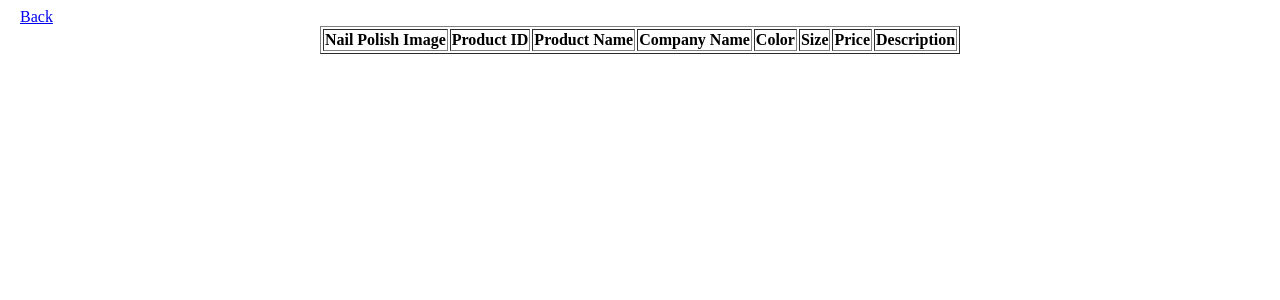
Repository: harshalsakpal/Catalog
Page: http://localhost/Catalog/pages/listNailPolish.jsp
These files come from the project's save history. The page is drawn as it stood at one moment and after the next save; the edit follows.
The browser window is 1280 px wide. The pictures show the whole page.
The page is served by Tomcat 9. Other server files are loaded and not shown.

Above is the page before, as saved 2014-05-21 08:38:00.

### Catalog/WebContent/pages/listNailPolish.jsp
<%@page import="java.util.ArrayList"%>
<%@page import="com.catalog.beans.NailPolishBean"%>
<%@ page language="java" contentType="text/html; charset=ISO-8859-1"
	pageEncoding="ISO-8859-1"%>
<!DOCTYPE html PUBLIC "-//W3C//DTD HTML 4.01 Transitional//EN" "http://www.w3.org/TR/html4/loose.dtd">
<html>
<head>
<meta http-equiv="Content-Type" content="text/html; charset=ISO-8859-1">
<title>List of Nail Polishes</title>
</head>
<body>
	<div>
		&nbsp;&nbsp;&nbsp;<a href="home.jsp">Back</a>
	</div>
	<table border="1" align="center">
		<tr>
			<td align="center"><b>Nail Polish Image</b></td>
			<td align="center"><b>Product ID </b></td>
			<td align="center"><b>Product Name</b></td>
			<td align="center"><b>Company Name</b></td>
			<td align="center"><b>Color</b></td>
			<td align="center"><b>Size</b></td>
			<td align="center"><b>Price</b></td>
			<td align="center"><b>Description</b></td>
		</tr>
		<%
			if (session.getAttribute("nailPolishBean") != null) {
				ArrayList<NailPolishBean> arrayOfNailPolishBean = (ArrayList<NailPolishBean>) session.getAttribute("nailPolishBean");

				for(int i=0;i<arrayOfNailPolishBean.size();i++){
		%>
		<tr>
			<td><img src="<%=arrayOfNailPolishBean.get(i).getProductURL()%>"
				width="100px 100px 100px 100px" height="200px 200px 200px 200px"
				style="border: 0" /></td>
			<td align="center"><%=arrayOfNailPolishBean.get(i).getProdId()%></td>
			<td align="center"><%=arrayOfNailPolishBean.get(i).getProductName()%></td>
			<td align="center"><%=arrayOfNailPolishBean.get(i).getCompanyName()%></td>
			<td align="center"><%=arrayOfNailPolishBean.get(i).getColor()%></td>
			<td align="center"><%=arrayOfNailPolishBean.get(i).getSize()%></td>
			<td align="center"><b><%=arrayOfNailPolishBean.get(i).getPrice()%></b></td>
			<td align="center"><%=arrayOfNailPolishBean.get(i).getDescription()%></td>
		</tr>

		<%
			}

				}
		%>
	</table>
</body>
</html>

After the next save:
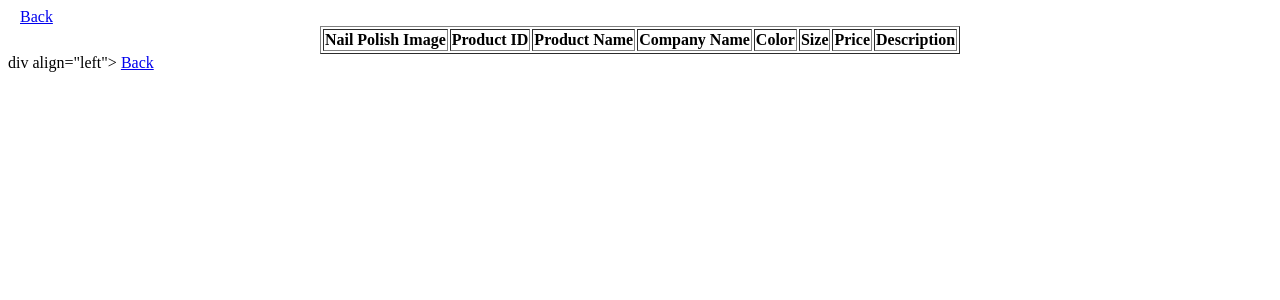
Saved 12 s later.
--- a/Catalog/WebContent/pages/listNailPolish.jsp
+++ b/Catalog/WebContent/pages/listNailPolish.jsp
@@ -48,5 +48,8 @@
 				}
 		%>
 	</table>
+	div align="left">
+	<a href="home.jsp">Back</a> &nbsp;&nbsp;&nbsp;
+	</div>
 </body>
 </html>
